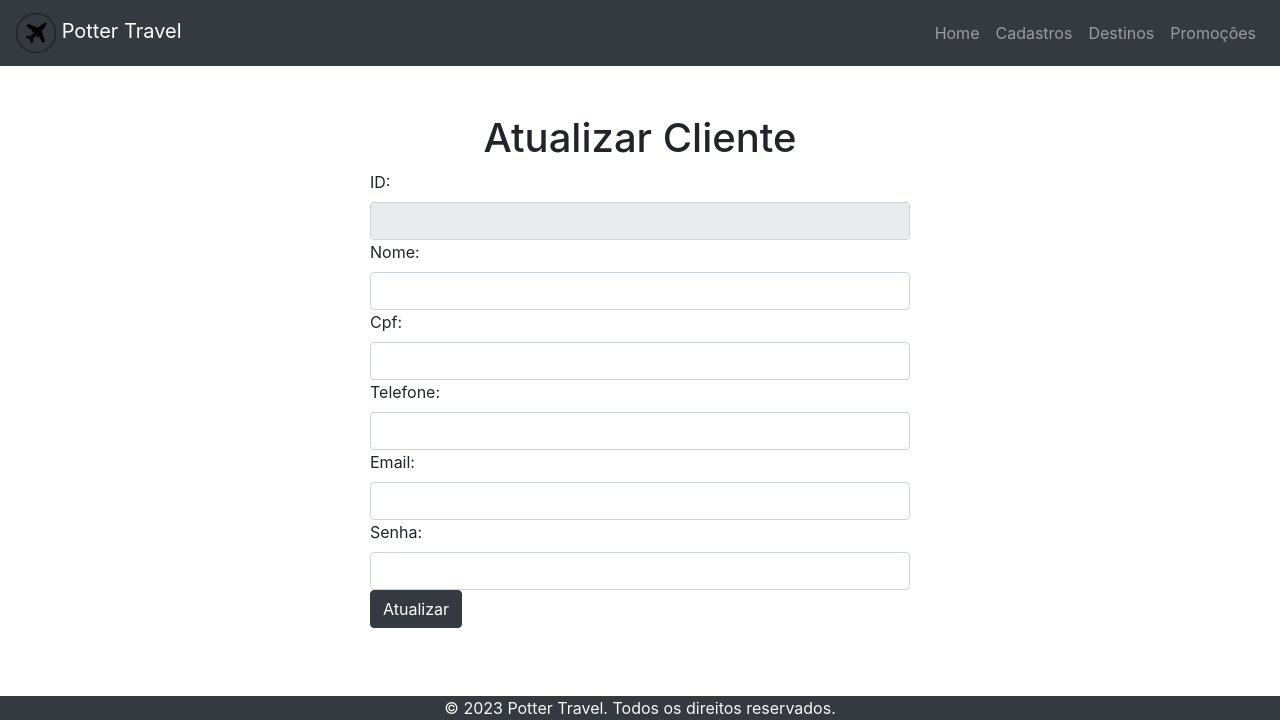
Repository: marcelledssantos/PotterTravel-MVC
Page: http://localhost/PotterTravel-MVC/atualizar.jsp
The author's editor kept a copy of each file at every save. The page is drawn from the files as they stood at one save, then again after the next save.
The browser window is 1280 px wide. The pictures show the whole page.
Some web libraries are served in a nearby version. The page is served by Tomcat 9. Other server files are loaded and not shown. The template is opened directly, without the code that normally fills it, so the values that code supplies are empty.

Above is the page before, as saved 2023-11-03 00:51:51.

### PotterTravel-MVC/src/main/webapp/atualizar.jsp
<%@ page language="java" contentType="text/html; charset=UTF-8"
	pageEncoding="UTF-8"%>
	<%@ taglib uri="http://java.sun.com/jsp/jstl/core" prefix="jstl"%>
<!DOCTYPE html>
<html>
<head>
<meta charset="UTF-8">
<link rel="icon" type="image/x-icon" href="./icon/favicon.ico">
<link rel="stylesheet" href="https://maxcdn.bootstrapcdn.com/bootstrap/4.5.2/css/bootstrap.min.css">
<title>Update</title>
</head>
<body>
    <!-- Cabeçalho -->
   <header>
		<nav class="navbar navbar-expand-lg navbar-dark  bg-dark text-light">
			 <a class="navbar-brand" href="#">
            <img src="Icon/aviao.png" width="40" height="40" class="d-inline-block align-center" alt="Logo">
            Potter Travel</a>
        <button class="navbar-toggler" type="button" data-toggle="collapse" data-target="#navbarNav"
            aria-controls="navbarNav" aria-expanded="false" aria-label="Toggle navigation">
            <span class="navbar-toggler-icon"></span>
        </button>
				<div class="collapse navbar-collapse" id="navbarNav">
					<ul class="navbar-nav ml-auto">
						<li class="nav-item"><a class="nav-link" href="index.html">Home</a>
						</li>
						<li class="nav-item"><a class="nav-link"
							href="./ReadController">Cadastros</a></li>
						<li class="nav-item"><a class="nav-link" href="#">Destinos</a></li>
						<li class="nav-item"><a class="nav-link" href="#">Promoções</a>
						</li>
					</ul>
				</div>
			</div>
		</nav>
	</header>

	<div class="container">
		<div class="row justify-content-center">
			<div class="col-md-6">
				<h1 class="mt-5 text-center" >Atualizar Cliente</h1>
				<form class="mt-8" action="UpdateController" method="post">

					<div class="form-group">

						<label for="nome">ID:</label> <input type="text"
							class="form-control  " id="id" name="id" value="${cliente.id}" readonly>

						<label for="nome">Nome:</label> <input type="text" class="form-control" id="nome" name="nome" required>

						<label for="nome">Cpf:</label> <input type="text" class="form-control"
							id="cpf" name="cpf" required>

						<label for="nome">Telefone:</label> <input type="text" class="form-control" id="telefone"
							name="telefone" required>

						<label for="login">Email:</label> <input type="email" class="form-control" id="email" name="email"
							required>

						<label for="senha">Senha:</label> <input type="password" class="form-control" id="senha" name="senha"required>
							<button type="submit" class="btn btn-dark mx auto">Atualizar</button>
					</div>

					<div class="col-12 text-center">

					</div>

				</form>
			</div>
		</div>
	</div>

	 <!-- Rodapé -->

	<footer class="bg-dark text-light text-center mt -5 fixed-bottom">
		&copy; 2023 Potter Travel. Todos os direitos reservados. </footer>


	<script src="https://code.jquery.com/jquery-3.5.1.slim.min.js"></script>
	<script
		src="https://cdn.jsdelivr.net/npm/@popperjs/core@2.5.3/dist/umd/popper.min.js"></script>
	<script
		src="https://maxcdn.bootstrapcdn.com/bootstrap/4.5.2/js/bootstrap.min.js"></script>

</body>
</html>

After the next save:
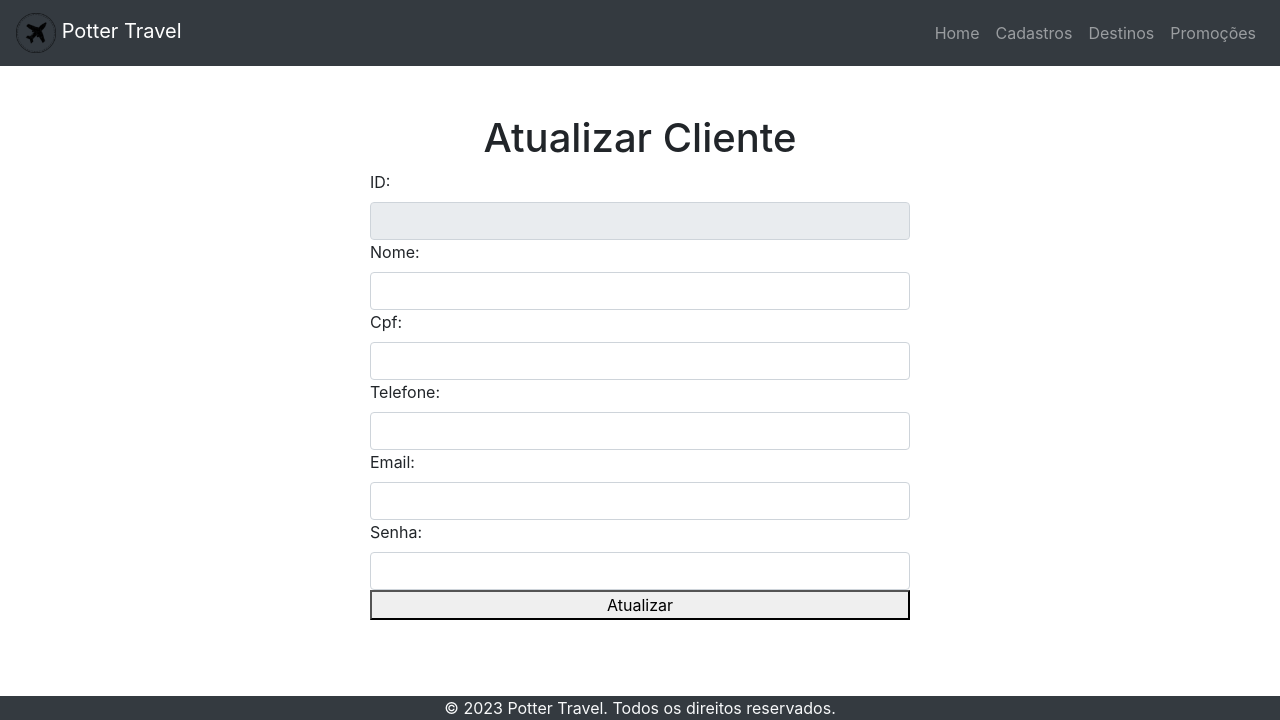
Saved 29 s later.
--- a/PotterTravel-MVC/src/main/webapp/atualizar.jsp
+++ b/PotterTravel-MVC/src/main/webapp/atualizar.jsp
@@ -58,7 +58,7 @@
 							required>
 
 						<label for="senha">Senha:</label> <input type="password" class="form-control" id="senha" name="senha"required>
-							<button type="submit" class="btn btn-dark mx auto">Atualizar</button>
+							<button class="col-12 text-center" type="submit" class="btn btn-dark mx auto">Atualizar</button>
 					</div>
 
 					<div class="col-12 text-center">

After the save that followed:
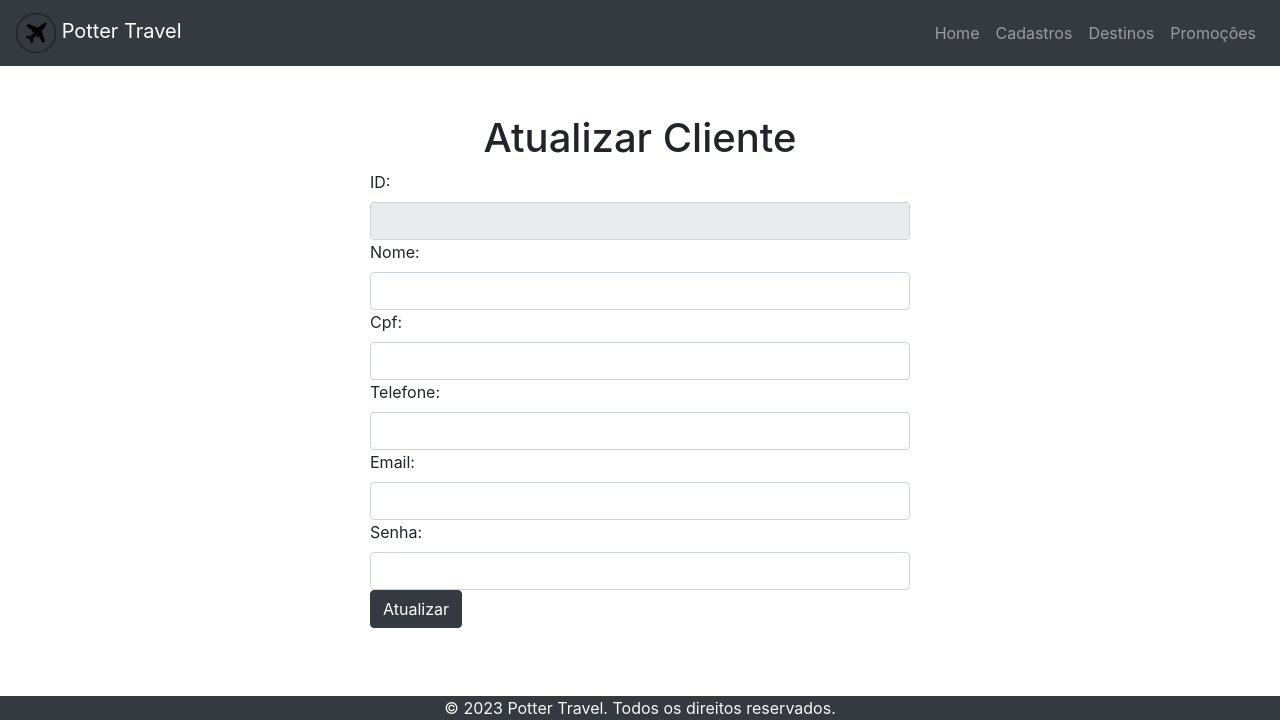
Saved 17 s later.
--- a/PotterTravel-MVC/src/main/webapp/atualizar.jsp
+++ b/PotterTravel-MVC/src/main/webapp/atualizar.jsp
@@ -58,7 +58,7 @@
 							required>
 
 						<label for="senha">Senha:</label> <input type="password" class="form-control" id="senha" name="senha"required>
-							<button class="col-12 text-center" type="submit" class="btn btn-dark mx auto">Atualizar</button>
+							<button type="submit" class="btn btn-dark mx auto">Atualizar</button>
 					</div>
 
 					<div class="col-12 text-center">
